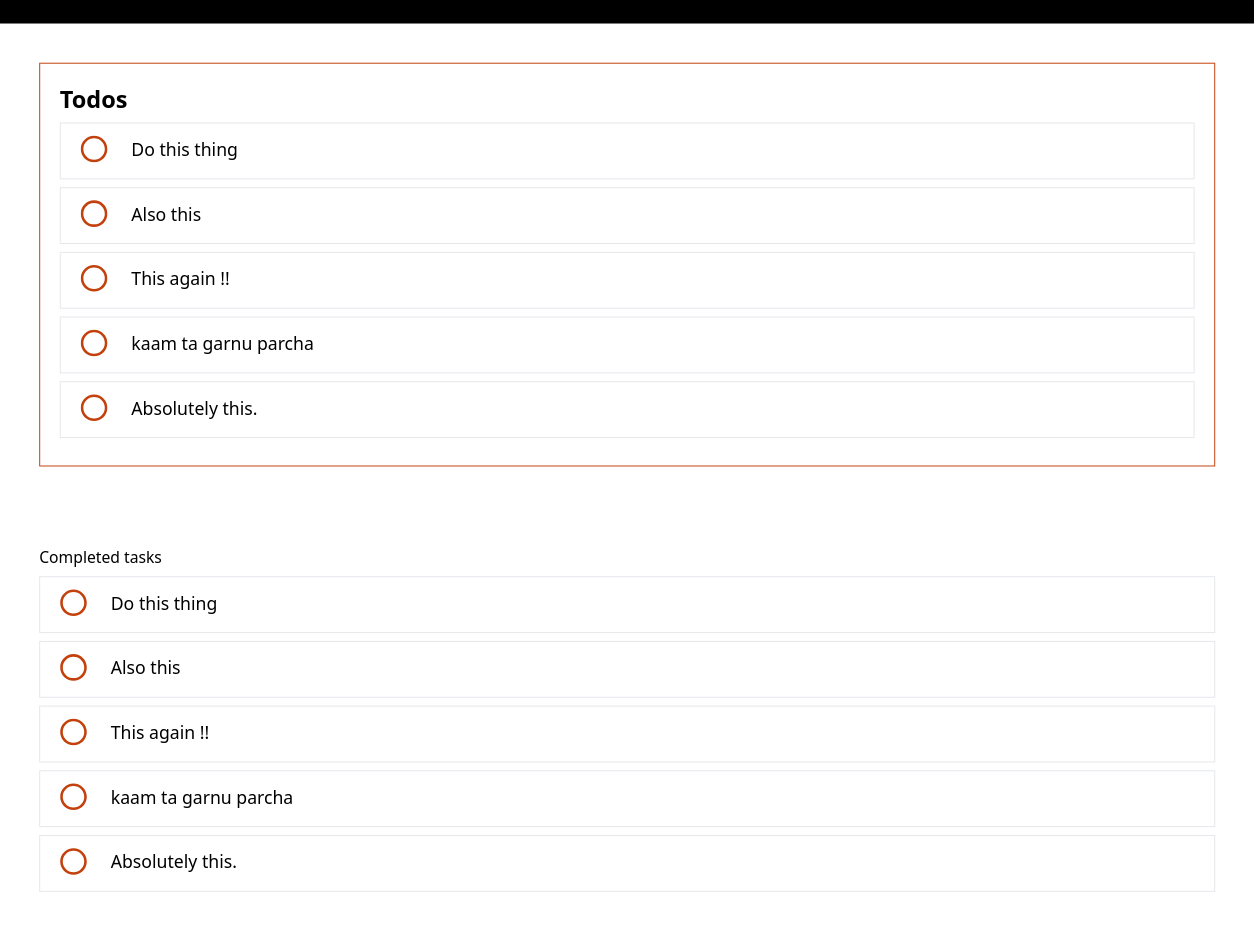
Repository: thekingisherenow/personalTodo
Page: /
The author's editor kept a copy of each file at every save. The page is drawn from the files as they stood at one save, then again after the next save.
The browser window is 1280 px wide. The pictures show the whole page, at 98% of full size.
The project was rebuilt for these pictures with package versions that can differ from the ones it lists, and the page was loaded fresh each time. The framework's server and built-in components were replaced by stand-ins that run in the browser. Also part of the build but not shown: next.config.js, styles/Home.module.css.

Above is the page before, as saved 2022-12-15 19:36:40.

### pages/index.js
import Head from 'next/head'
import Image from 'next/image'
import Completed from '../components/CompletedTodos'
import Todos from '../components/Todos'
import styles from '../styles/Home.module.css'

export default function Home() {
  return (
    <div>
      <Head>
        <title>Create Next App</title>
        <meta name="description" content="To-do App" />
        <link rel="icon" href="/favicon.ico" />
      </Head>

     <div className='bg-white'>
      <h1 className='bg-black'>Completed --Tasks</h1>
      <Todos/>

      {/* //Completed tasks */}
      <Completed />
     </div>
    </div>
  )
}

### components/CompletedTodos.js
import React, { useState } from 'react'
import CompletedTodo from './CompletedTodo'

function Completed() {
  const [todolist, setTodolist] = useState([ "Do this thing","Also this", "This again !!" ,"kaam ta garnu parcha","Absolutely this."])

  return (
    <div className='p-10'>
      Completed tasks
      <div>
            {todolist.length? todolist.map((todo,index)=>{
                return(
                    <CompletedTodo key={index} index={index} todo={todo}  />
                    )
                }):<div className='p-8  text-gray-400'>No items to display.</div>}
            </div>
    </div>
  )
}

export default Completed

### components/Todos.js
import React, { useEffect, useState } from 'react'
import Todo from './Todo'

function Todos() {

    const [todolist, setTodolist] = useState([ "Do this thing","Also this", "This again !!" ,"kaam ta garnu parcha","Absolutely this."])

     //a function that removes the data.
     const tick = (data)=>{
        console.log("hello")
        console.log("the index from todo is",data)
        setTodolist(todolist.filter((item,index)=>  index !== data  ) )
        console.log("todo after filter",todolist)
        // setTodolist(todolist)
    }

  return (
    <div className='p-5 m-10 border border-orange-700'>
      <h1 className='font-bold text-2xl'>Todos</h1>
        <div>
            {todolist.length? todolist.map((todo,index)=>{
                return(
                    <Todo key={index} index={index} todo={todo} tick ={tick} />
                    )
                }):<div className='p-8  text-gray-400'>No items to display.</div>}
            </div>

    </div>
  )
}

export default Todos

### components/CompletedTodo.js
import React, { useState } from 'react'
import { FaRegCircle ,FaRegCheckCircle } from 'react-icons/fa';

function CompletedTodo({todo}) {
    const [check, setCheck] = useState(false)

    //    console.log("the index inside the todo component is:",index)
      return (
        <div className='border  p-2 my-2 flex'>
            <div
            // onClick={()=>tick(index)}
             className=' w-9 h-9 flex justify-center ml-2 items-center' onMouseEnter={()=>setCheck(true)}  onMouseLeave={()=>setCheck(false)} >

            { check?

    <FaRegCheckCircle
    className=' text-orange-700 w-7 h-7 m-auto' /> :
    <FaRegCircle className='w-7 text-orange-700 h-7 m-auto' />
    }
    </div>

          <span className='text-center h-10 text-lg my-auto  p-1 ml-4 '>{todo}</span>
        </div>
      )
}

export default CompletedTodo

### components/Todo.js
import React, { useState } from 'react'
import { CheckCircleIcon } from '@heroicons/react/24/outline'
import { FaRegCircle ,FaRegCheckCircle } from 'react-icons/fa';

function Todo({todo,index,tick}) {
    const [check, setCheck] = useState(false)

//    console.log("the index inside the todo component is:",index)
  return (
    <div className='border  p-2 my-2 flex'>
        <div onClick={()=>tick(index)}
         className=' w-9 h-9 flex justify-center ml-2 items-center' onMouseEnter={()=>setCheck(true)}  onMouseLeave={()=>setCheck(false)} >

        { check?

<FaRegCheckCircle
className=' text-orange-700 w-7 h-7 m-auto' /> :
<FaRegCircle className='w-7 text-orange-700 h-7 m-auto' />
}
</div>

      <span className='text-center h-10 text-lg my-auto  p-1 ml-4 '>{todo}</span>
    </div>
  )
}

export default Todo

Loaded but not shown: pages/_app.js (common file); styles/globals.css (common file); tailwind.config.js (common file)

After the next save:
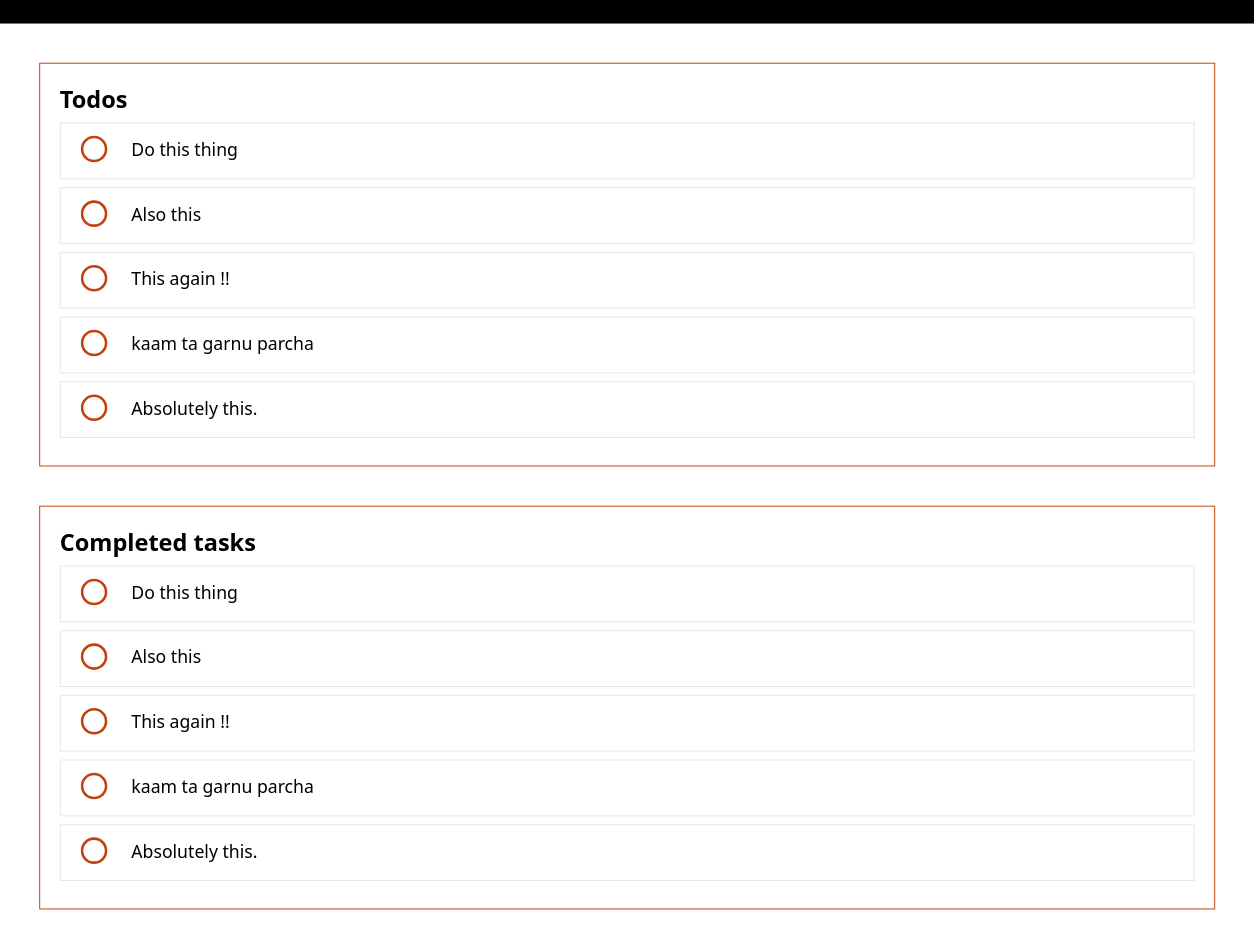
Saved 32 s later.
--- a/components/CompletedTodos.js
+++ b/components/CompletedTodos.js
@@ -5,8 +5,9 @@ function Completed() {
   const [todolist, setTodolist] = useState([ "Do this thing","Also this", "This again !!" ,"kaam ta garnu parcha","Absolutely this."])
 
   return (
-    <div className='p-10'>
-      Completed tasks
+    <div className='p-5 m-10 border border-orange-700'>
+      <h1 className='font-bold text-2xl'>Completed tasks</h1>
+
       <div>
             {todolist.length? todolist.map((todo,index)=>{
                 return(
